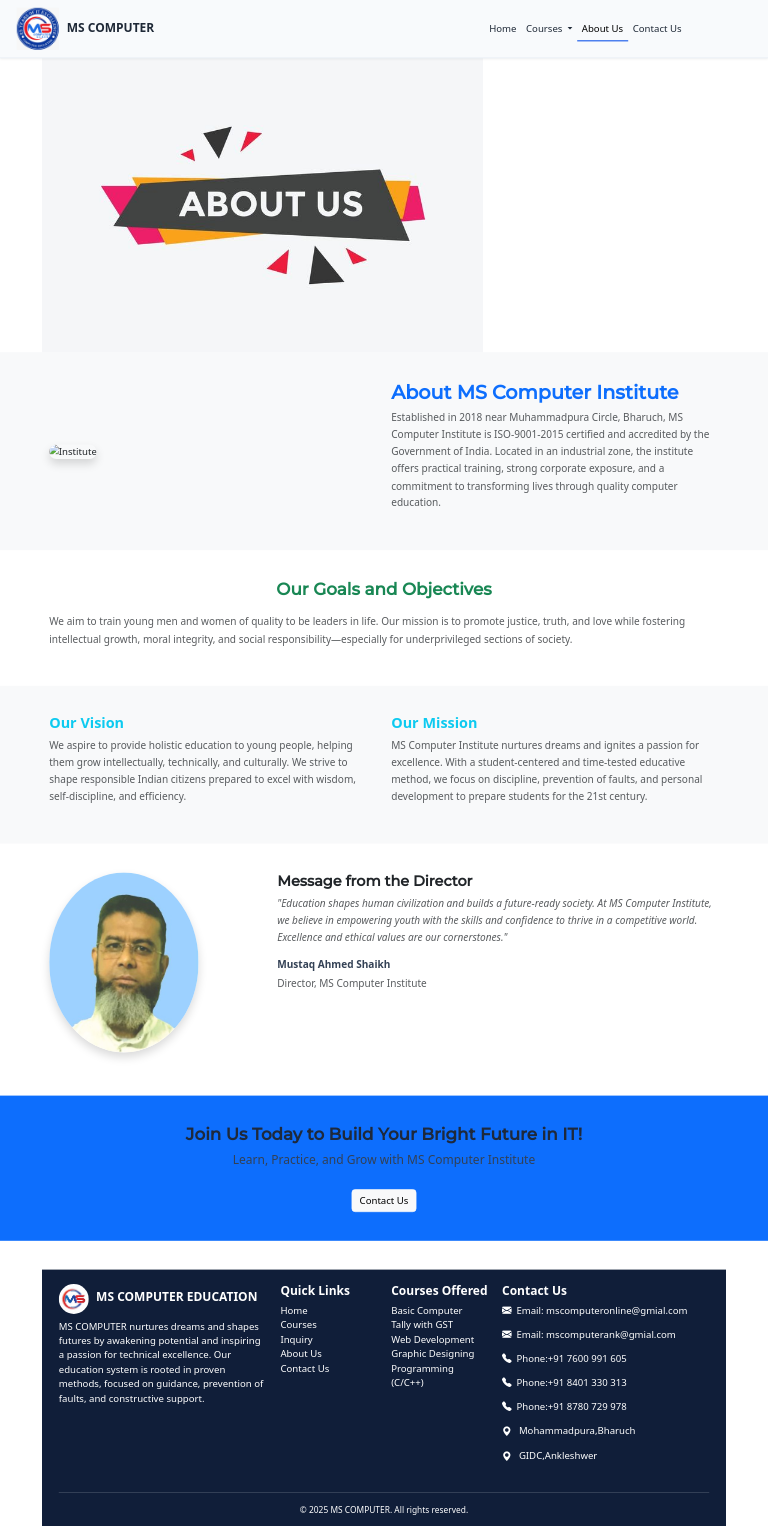
Repository: mscomputer2025/mscomputer
Page: http://localhost/aboutus
The author's editor kept a copy of each file at every save. The page is drawn from the files as they stood at one save, then again after the next save.
The browser window is 1280 px wide. The pictures show the whole page, at 60% of full size.
Some web fonts or font styles are not loaded; a fallback is used. The page is served by the project's Laravel application, run on PHP 8.4 with Laravel 12. Queries for data that is not in the repository find no rows.

Above is the page before, as saved 2025-07-03 20:57:07.

After the next save:
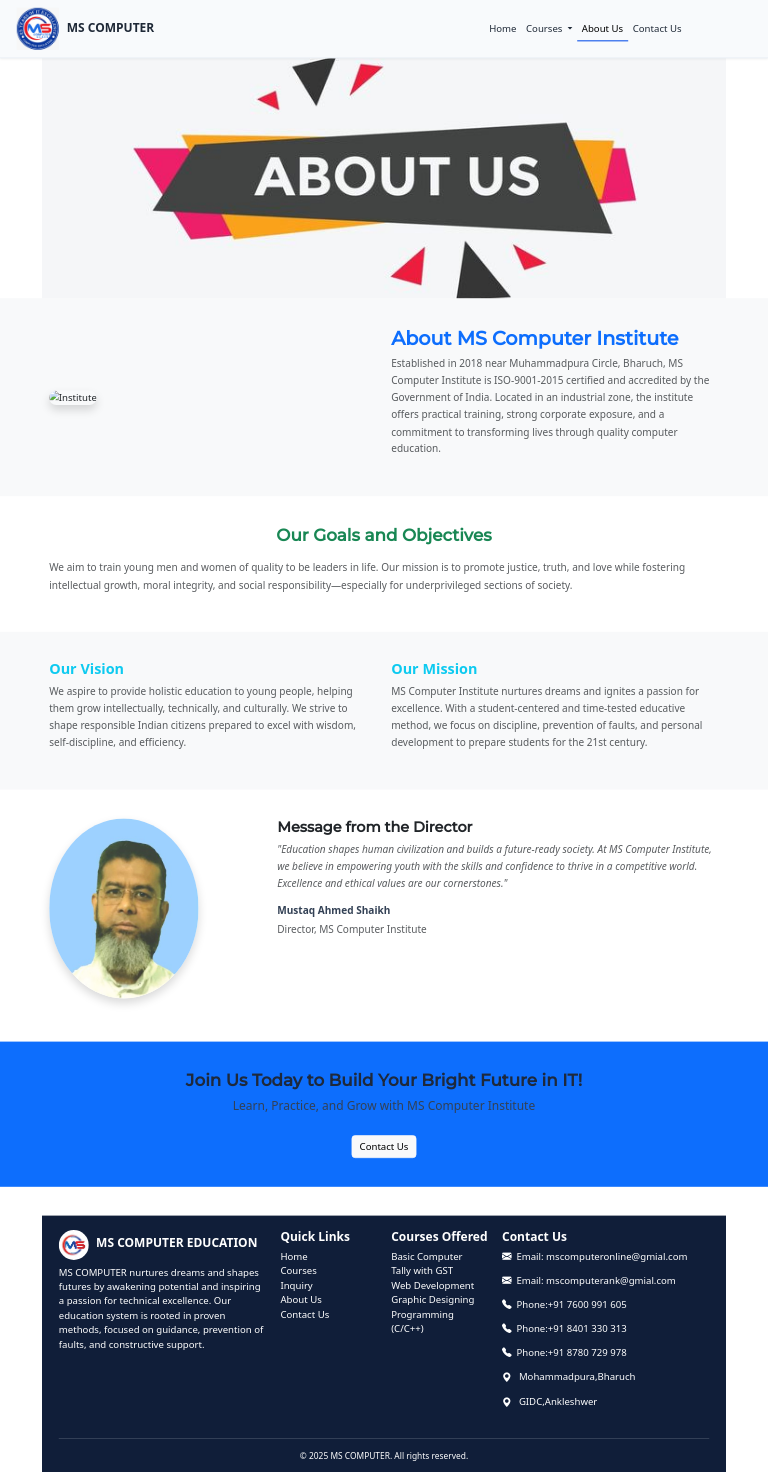
Saved 4 s later.
--- a/resources/views/aboutus.blade.php
+++ b/resources/views/aboutus.blade.php
@@ -6,8 +6,8 @@
 
     <!-- Hero Banner -->
     <div class="container p-0">
-        <img src="{{ asset('images/about-hero.jpg') }}" class="img-fluid "
-            style="max-object-fit: cover;" alt="MS Computer Institute">
+        <img src="{{ asset('images/about-hero.jpg') }}" class="img-fluid w-100"
+            style="max-height: 400px; object-fit: cover;" alt="MS Computer Institute">
     </div>
 
     <!-- About Section -->
